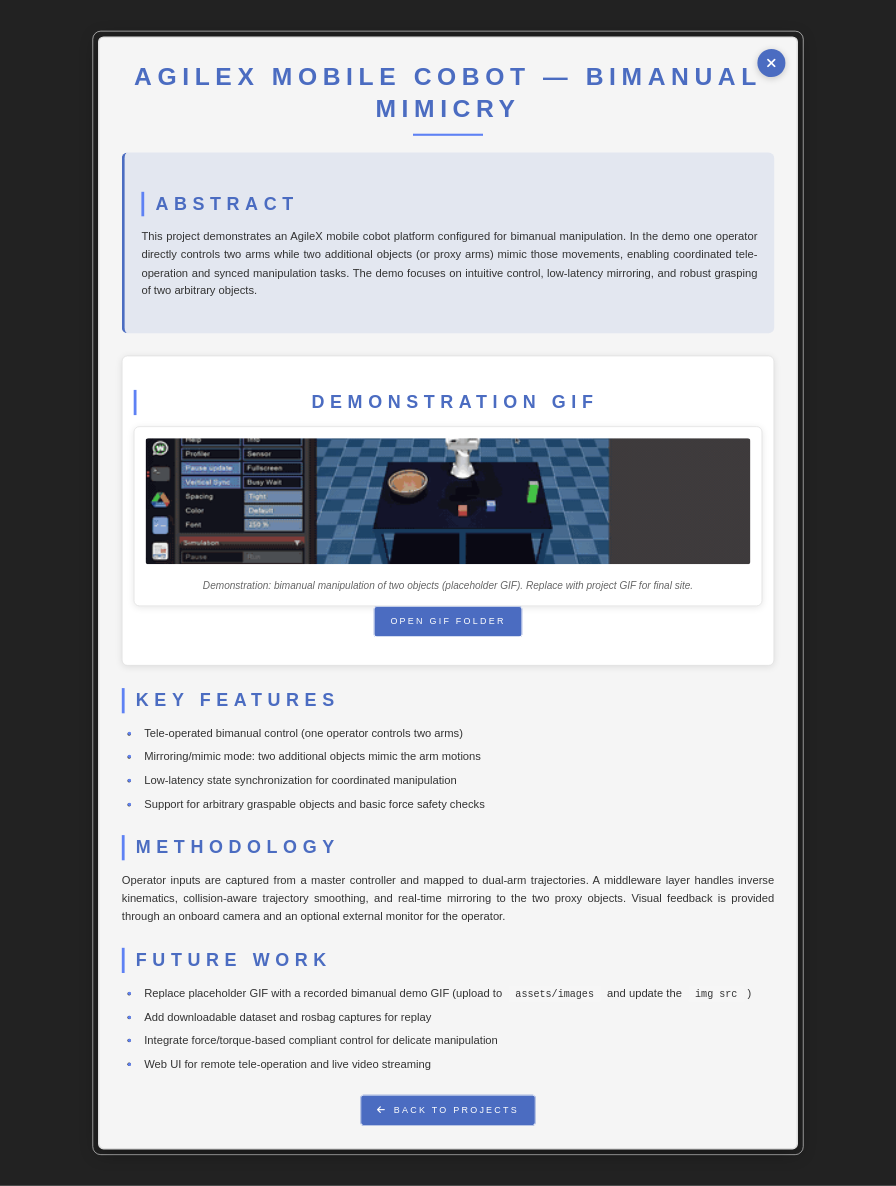
Repository: bk-poudel/bk-poudel.github.io
Page: projects/agilex-mobile-cobot.html
These files come from the project's save history. The page is drawn as it stood at one moment and after the next save; the edit follows.
The browser window is 1280 px wide. The pictures show the whole page, at 70% of full size.

Above is the page before, as saved 2025-11-07 19:45:16.

### projects/agilex-mobile-cobot.html
<!DOCTYPE HTML>
<html lang="en">
<head>
    <title>AgileX Mobile Cobot - Bimanual Manipulation Demo</title>
    <meta charset="utf-8" />
    <meta name="viewport" content="width=device-width, initial-scale=1, user-scalable=no" />
    <link rel="stylesheet" href="assets/css/main.css" />
    <link rel="stylesheet" href="https://cdnjs.cloudflare.com/ajax/libs/font-awesome/6.4.0/css/all.min.css" />
    <noscript><link rel="stylesheet" href="assets/css/noscript.css" /></noscript>
    <style>
        /* Consistent color scheme with dark background and light content */
        :root {
            --primary: #4b6cc1;
            --secondary: #666666;
            --accent: #5e81f4;
            --light: #f8f8f8;
            --dark: #1a1a1a;
            --text: #333333;
            --frame-color: #dddddd;
            --bg-color: #222222;
            --content-bg: #f5f5f5;
        }
        body {
            background-color: var(--bg-color);
            font-family: 'Arial', sans-serif;
            line-height: 1.6;
            padding: 20px;
        }
        .project-content {
            max-width: 1000px;
            margin: 2rem auto;
            padding: 2rem;
            background: var(--content-bg);
            border-radius: 8px;
            box-shadow: 0 4px 25px rgba(0,0,0,0.4);
            border: 2px solid var(--frame-color);
            position: relative;
            color: var(--text);
        }
        .project-content::before {
            content: "";
            position: absolute;
            top: -10px;
            left: -10px;
            right: -10px;
            bottom: -10px;
            border: 1px solid var(--frame-color);
            border-radius: 12px;
            pointer-events: none;
            z-index: -1;
        }
        .close-button {
            position: absolute;
            top: 1rem;
            right: 1rem;
            width: 40px;
            height: 40px;
            background: var(--primary);
            border: none;
            border-radius: 50%;
            color: white;
            font-size: 1.2rem;
            cursor: pointer;
            display: flex;
            align-items: center;
            justify-content: center;
            transition: all 0.3s ease;
            z-index: 10;
            text-decoration: none;
            box-shadow: 0 2px 10px rgba(0,0,0,0.2);
        }
        .close-button:hover {
            background: var(--accent);
            transform: scale(1.1);
            box-shadow: 0 4px 15px rgba(0,0,0,0.3);
            color: white;
            text-decoration: none;
        }
        .close-button:active {
            transform: scale(0.95);
        }
        h1 {
            text-align: center;
            color: var(--primary);
            font-size: 2.2rem;
            margin-bottom: 1.5rem;
            position: relative;
            padding-bottom: 1rem;
        }
        h1::after {
            content: "";
            position: absolute;
            bottom: 0;
            left: 50%;
            transform: translateX(-50%);
            width: 100px;
            height: 3px;
            background: var(--accent);
        }
        h2 {
            color: var(--primary);
            font-size: 1.6rem;
            margin-top: 2rem;
            margin-bottom: 1rem;
            border-left: 4px solid var(--accent);
            padding-left: 1rem;
        }
        h3 {
            color: var(--primary);
            font-size: 1.3rem;
            margin-top: 1.5rem;
        }
        p {
            text-align: justify;
            margin-bottom: 1.5rem;
            color: var(--text);
        }
        ul, ol {
            padding-left: 1.5rem;
            margin-bottom: 1.5rem;
        }
        li {
            margin-bottom: 0.5rem;
            position: relative;
            color: var(--text);
        }
        li::before {
            content: "•";
            color: var(--accent);
            font-weight: bold;
            position: absolute;
            left: -1rem;
        }
        .button {
            background: var(--primary);
            color: white;
            padding: 0.8rem 1.5rem;
            border-radius: 4px;
            text-decoration: none;
            display: inline-flex;
            align-items: center;
            transition: all 0.3s ease;
            font-weight: 500;
            border: none;
        }
        .button:hover {
            background: var(--accent);
            transform: translateY(-2px);
        }
        .button i {
            margin-right: 0.5rem;
        }
        .video-button-container {
            margin-top: 1rem;
            display: flex;
            justify-content: center;
            align-items: center;
        }
        .video-button {
            background: var(--primary) !important;
            color: white !important;
            padding: 0.8rem 1.5rem;
            border-radius: 6px;
            text-decoration: none;
            display: inline-flex;
            align-items: center;
            justify-content: center;
            transition: all 0.3s ease;
            font-weight: 500;
            border: none;
            cursor: pointer;
            position: relative;
            z-index: 10;
            box-shadow: 0 2px 8px rgba(75, 108, 193, 0.3);
        }
        .video-button:hover {
            background: var(--accent) !important;
            transform: translateY(-2px);
            box-shadow: 0 4px 12px rgba(75, 108, 193, 0.4);
            color: white !important;
        }
        .video-button:active {
            transform: translateY(0);
        }
        .abstract {
            background-color: rgba(75, 108, 193, 0.1);
            padding: 1.5rem;
            border-radius: 8px;
            margin-bottom: 2rem;
            border-left: 4px solid var(--primary);
        }
        .figure-container {
            display: flex;
            justify-content: space-around;
            flex-wrap: wrap;
            gap: 1.5rem;
            margin: 2rem 0;
        }
        .dynamic-figure {
            display: flex;
            justify-content: center;
            align-items: center;
            flex-wrap: wrap;
            gap: clamp(1rem, 3vw, 2rem);
            margin: clamp(1.5rem, 4vw, 3rem) 0;
            padding: 0 1rem;
        }
        .figure {
            flex: 1;
            min-width: 250px;
            text-align: center;
            background: white;
            padding: 1rem;
            border-radius: 8px;
            box-shadow: 0 2px 10px rgba(0,0,0,0.1);
            transition: transform 0.3s ease;
            border: 1px solid #e0e0e0;
        }
        .dynamic-figure .figure {
            flex: 0 1 auto;
            max-width: min(90vw, 600px);
            min-width: min(280px, 90vw);
            width: 100%;
            display: flex;
            flex-direction: column;
            align-items: center;
            padding: clamp(1rem, 2.5vw, 2rem);
        }
        .figure:hover {
            transform: translateY(-5px);
        }
        .figure:hover .video-button {
            transform: translateY(0);
        }
        .figure:hover .video-button:hover {
            transform: translateY(-2px);
        }
        .figure img {
            width: 100%;
            height: 180px;
            object-fit: cover;
            border-radius: 4px;
            margin-bottom: 0.8rem;
        }
        .dynamic-figure .figure img {
            width: 100%;
            height: auto;
            max-height: min(400px, 50vh);
            object-fit: contain;
            background: #f5f5f5;
            border-radius: 8px;
            margin-bottom: 1rem;
            box-shadow: 0 2px 8px rgba(0,0,0,0.1);
        }
        .figure-caption {
            font-style: italic;
            color: var(--secondary);
            font-size: 0.9rem;
        }
        .dynamic-figure .figure-caption {
            font-style: italic;
            color: var(--secondary);
            font-size: clamp(0.85rem, 2vw, 1rem);
            font-weight: 500;
            margin-bottom: 0.5rem;
            text-align: center;
        }
        .figure-description {
            margin-top: 0.5rem;
            font-size: clamp(0.8rem, 1.8vw, 0.95rem);
            line-height: 1.5;
            color: var(--text);
            text-align: center;
            max-width: 100%;
        }
        .product-item {
            margin-bottom: 2.5rem;
            background: white;
            border-radius: 8px;
            overflow: hidden;
            box-shadow: 0 2px 15px rgba(0,0,0,0.1);
            border: 1px solid #e0e0e0;
        }
        .product-header {
            background: var(--primary);
            color: white;
            padding: 1rem;
            font-weight: 600;
        }
        .product-content {
            padding: 1.5rem;
        }
        .product-image {
            width: 100%;
            max-height: 400px;
            object-fit: cover;
            border-radius: 4px;
            margin-bottom: 1rem;
        }
        .impact-points {
            display: grid;
            grid-template-columns: repeat(auto-fit, minmax(250px, 1fr));
            gap: 1.5rem;
            margin-top: 1.5rem;
        }
        .impact-point {
            background: white;
            padding: 1.5rem;
            border-radius: 8px;
            box-shadow: 0 2px 10px rgba(0,0,0,0.1);
            text-align: center;
            border: 1px solid #e0e0e0;
        }
        .impact-point i {
            font-size: 2rem;
            color: var(--primary);
            margin-bottom: 1rem;
        }
        .methodology-item {
            background: white;
            padding: 1.5rem;
            border-radius: 8px;
            margin-bottom: 1.5rem;
            box-shadow: 0 2px 10px rgba(0,0,0,0.1);
            border-left: 4px solid var(--accent);
        }
        .github-button {
            background: #333;
            color: white;
            padding: 0.8rem 1.5rem;
            border-radius: 4px;
            text-decoration: none;
            display: inline-flex;
            align-items: center;
            transition: all 0.3s ease;
            font-weight: 500;
        }
        .github-button:hover {
            background: #555;
            transform: translateY(-2px);
        }
        .feature-list {
            display: grid;
            grid-template-columns: repeat(auto-fit, minmax(300px, 1fr));
            gap: 1.5rem;
        }
        .feature-item {
            background: white;
            padding: 1.5rem;
            border-radius: 8px;
            box-shadow: 0 2px 10px rgba(0,0,0,0.1);
            border-left: 4px solid var(--primary);
        }
        .video-container {
            position: relative;
            padding-bottom: 56.25%; /* 16:9 */
            height: 0;
            margin: 2rem 0;
        }
        .video-container iframe {
            position: absolute;
            top: 0;
            left: 0;
            width: 100%;
            height: 100%;
            border-radius: 8px;
            border: 1px solid #e0e0e0;
        }
        @media (max-width: 768px) {
            .project-content {
                padding: 1.5rem;
                margin: 1rem;
            }
            h1 {
                font-size: 1.8rem;
            }
            .figure-container {
                flex-direction: column;
            }
            .dynamic-figure {
                gap: 1rem;
                margin: 1.5rem 0;
                padding: 0 0.5rem;
            }
            .dynamic-figure .figure {
                min-width: 100%;
                max-width: 100%;
                padding: 1rem;
            }
            .dynamic-figure .figure img {
                max-height: 300px;
            }
        }
        @media (max-width: 480px) {
            .dynamic-figure {
                margin: 1rem 0;
            }
            .dynamic-figure .figure {
                padding: 0.8rem;
            }
            .dynamic-figure .figure img {
                max-height: 250px;
            }
        }
        @media (min-width: 1200px) {
            .dynamic-figure .figure {
                max-width: 700px;
            }
            .dynamic-figure .figure img {
                max-height: 500px;
            }
        }
    </style>
</head>
<body class="is-preload">
    <div class="project-content">
        <a href="../index.html#projects" class="close-button" title="Back to Projects"><i class="fas fa-times"></i></a>
        <h1>AgileX Mobile Cobot — Bimanual Mimicry</h1>
        <div class="abstract">
            <h2>Abstract</h2>
            <p>This project demonstrates an AgileX mobile cobot platform configured for bimanual manipulation. In the demo one operator directly controls two arms while two additional objects (or proxy arms) mimic those movements, enabling coordinated tele-operation and synced manipulation tasks. The demo focuses on intuitive control, low-latency mirroring, and robust grasping of two arbitrary objects.</p>
        </div>
        <div class="figure">
            <h2>Demonstration GIF</h2>
            <div class="figure">
                <!-- Using an existing GIF as a placeholder; replace with an actual bimanual GIF if available -->
                <img src="../Pick_and_Place/pick_and_place_compressed.gif" alt="Bimanual manipulation demonstration GIF">
                <div class="figure-caption">Demonstration: bimanual manipulation of two objects (placeholder GIF). Replace with project GIF for final site.</div>
            </div>
            <p style="text-align:center;"><a class="button" href="../assets/images/" target="_blank">Open GIF folder</a></p>
        </div>
        <div class="section">
            <h2>Key Features</h2>
            <ul>
                <li>Tele-operated bimanual control (one operator controls two arms)</li>
                <li>Mirroring/mimic mode: two additional objects mimic the arm motions</li>
                <li>Low-latency state synchronization for coordinated manipulation</li>
                <li>Support for arbitrary graspable objects and basic force safety checks</li>
            </ul>
        </div>
        <div class="section">
            <h2>Methodology</h2>
            <p>Operator inputs are captured from a master controller and mapped to dual-arm trajectories. A middleware layer handles inverse kinematics, collision-aware trajectory smoothing, and real-time mirroring to the two proxy objects. Visual feedback is provided through an onboard camera and an optional external monitor for the operator.</p>
        </div>
        <div class="section">
            <h2>Future Work</h2>
            <ul>
                <li>Replace placeholder GIF with a recorded bimanual demo GIF (upload to <code>assets/images</code> and update the <code>img src</code>)</li>
                <li>Add downloadable dataset and rosbag captures for replay</li>
                <li>Integrate force/torque-based compliant control for delicate manipulation</li>
                <li>Web UI for remote tele-operation and live video streaming</li>
            </ul>
        </div>
        <div style="text-align:center; margin-top:2rem;">
            <a href="../index.html#projects" class="button"><i class="fas fa-arrow-left" style="margin-right:0.6rem"></i>Back to Projects</a>
        </div>
    </div>
    <!-- Scripts -->
    <script src="assets/js/jquery.min.js"></script>
    <script src="assets/js/browser.min.js"></script>
    <script src="assets/js/breakpoints.min.js"></script>
    <script src="assets/js/util.js"></script>
    <script src="assets/js/main.js"></script>
</body>
</html>

Loaded but not shown: assets/js/jquery.min.js (library); assets/css/fontawesome-all.min.css (library); assets/js/browser.min.js (common file); assets/js/breakpoints.min.js (common file); assets/js/util.js (587 lines, source omitted); assets/js/main.js (401 lines, source omitted); assets/css/main.css (1753 lines, source omitted)

After the next save:
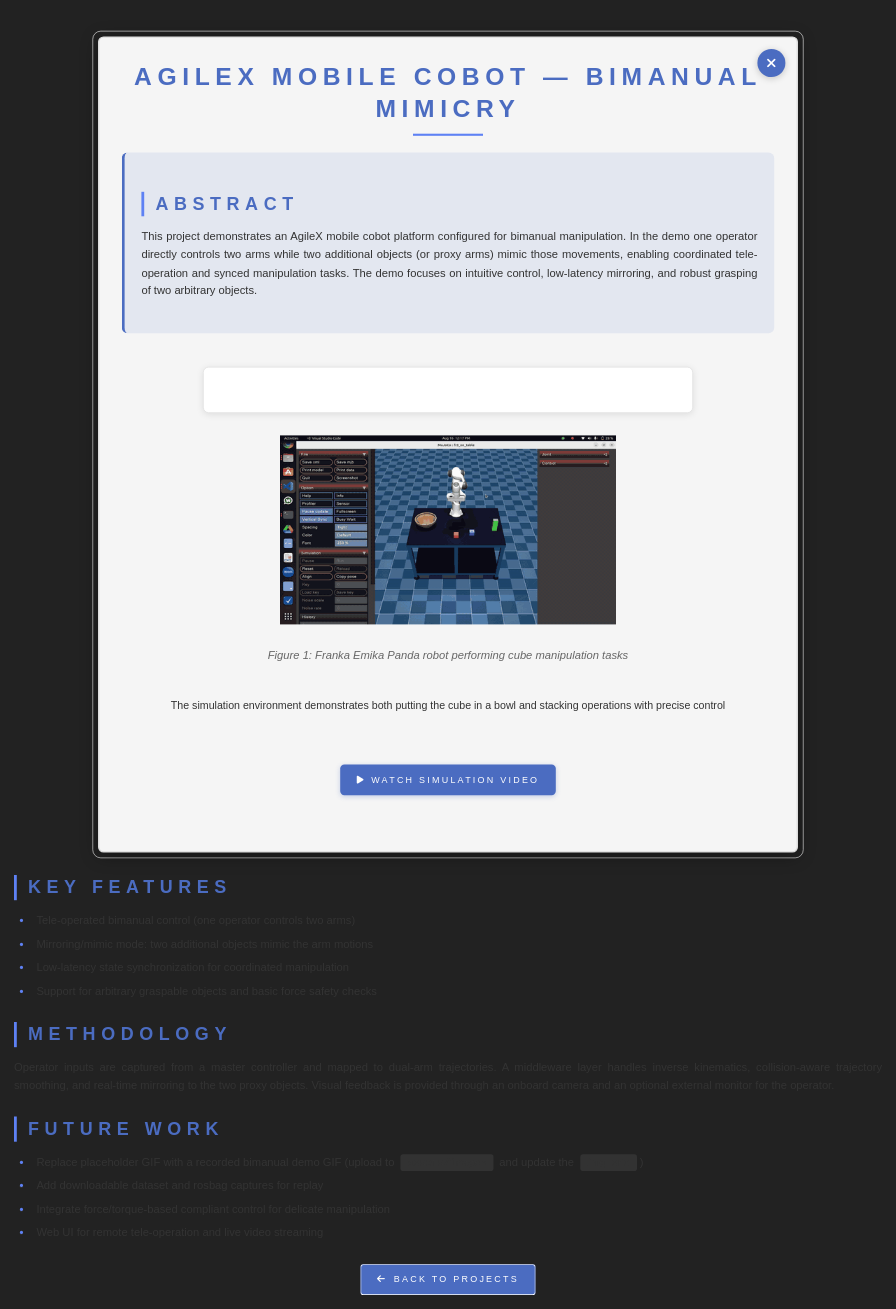
Saved 44 s later.
--- a/projects/agilex-mobile-cobot.html
+++ b/projects/agilex-mobile-cobot.html
@@ -420,14 +420,17 @@
             <h2>Abstract</h2>
             <p>This project demonstrates an AgileX mobile cobot platform configured for bimanual manipulation. In the demo one operator directly controls two arms while two additional objects (or proxy arms) mimic those movements, enabling coordinated tele-operation and synced manipulation tasks. The demo focuses on intuitive control, low-latency mirroring, and robust grasping of two arbitrary objects.</p>
         </div>
-        <div class="figure">
-            <h2>Demonstration GIF</h2>
-            <div class="figure">
-                <!-- Using an existing GIF as a placeholder; replace with an actual bimanual GIF if available -->
-                <img src="../Pick_and_Place/pick_and_place_compressed.gif" alt="Bimanual manipulation demonstration GIF">
-                <div class="figure-caption">Demonstration: bimanual manipulation of two objects (placeholder GIF). Replace with project GIF for final site.</div>
+        <div class="figure-container dynamic-figure">
+            <div class="figure"></div>
+                <img src="../Pick_and_Place/pick_and_place_compressed.gif" alt="Franka Panda Robot Manipulation Scene">
+                <div class="figure-caption">Figure 1: Franka Emika Panda robot performing cube manipulation tasks</div>
+                <p class="figure-description">The simulation environment demonstrates both putting the cube in a bowl and stacking operations with precise control</p>
+                <div class="video-button-container">
+                    <a href="https://drive.google.com/file/d/1ft7w4-sGSpQF-gOEFOdo5PbHObeMWwzc/view?usp=drive_link" target="_blank" rel="noopener noreferrer" class="button video-button">
+                        <i class="fas fa-play"></i> Watch Simulation Video
+                    </a>
+                </div>
             </div>
-            <p style="text-align:center;"><a class="button" href="../assets/images/" target="_blank">Open GIF folder</a></p>
         </div>
         <div class="section">
             <h2>Key Features</h2>
